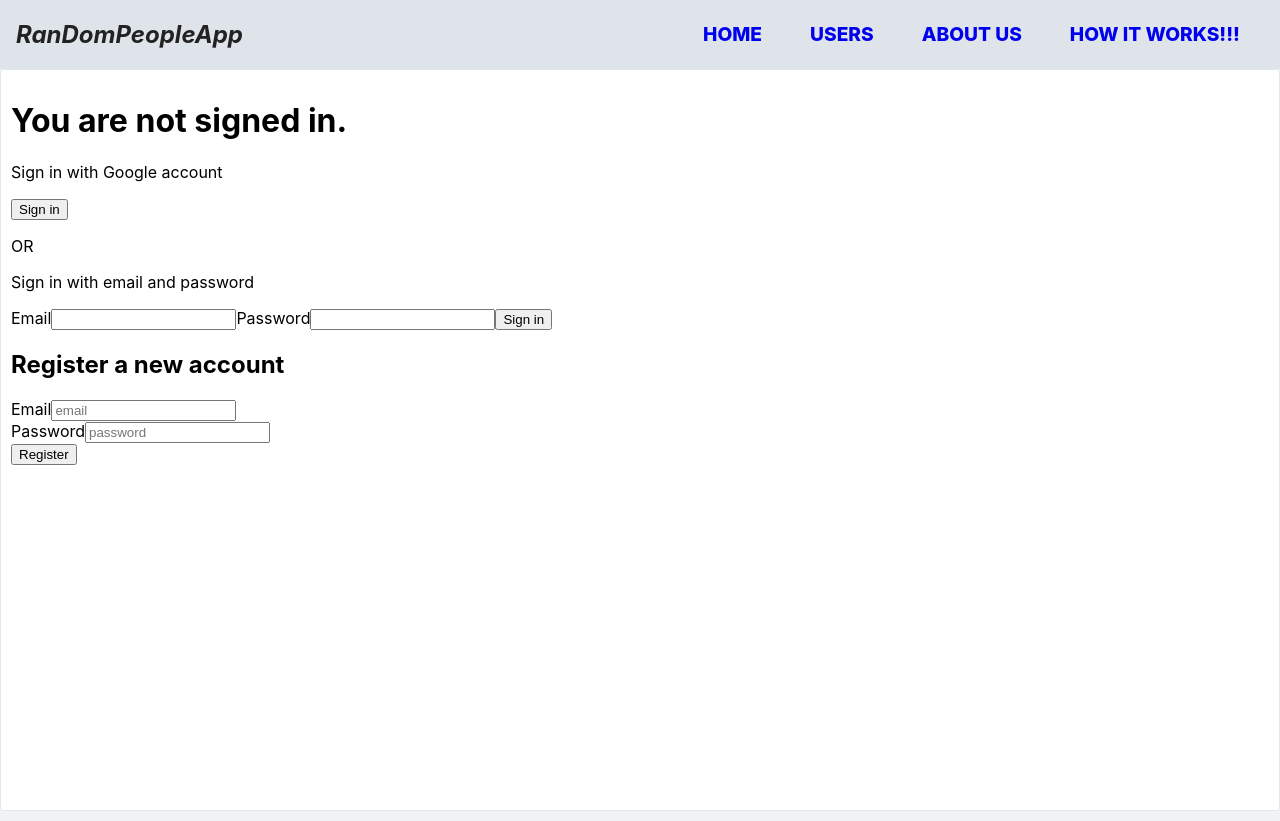
Repository: MikkyPrestige/RandomProfiles
Page: /profile
The author's editor kept a copy of each file at every save. The page is drawn from the files as they stood at one save, then again after the next save.
The browser window is 1280 px wide. The pictures show the whole page.
The project was rebuilt for these pictures with package versions that can differ from the ones it lists, and the page was loaded fresh each time. Also part of the build but not shown: src/assets/styles/home.css, src/components/avatar.jsx, src/components/home.jsx, src/assets/styles/users.css, src/components/users.jsx, src/assets/styles/search.css, src/components/search.jsx, src/assets/styles/help.css and 6 more.

Above is the page before, as saved 2022-11-30 02:21:44.

### public/index.html
<!DOCTYPE html>
<html lang="en">

<head>
  <meta charset="utf-8" />
  <link rel="icon" href="%PUBLIC_URL%/favicon.ico" />
  <meta name="viewport" content="width=device-width, initial-scale=1" />
  <meta name="theme-color" content="#000000" />
  <meta name="description" content="Web site created using create-react-app" />
  <link rel="apple-touch-icon" href="%PUBLIC_URL%/logo192.png" />
  <!--
      manifest.json provides metadata used when your web app is installed on a
      user's mobile device or desktop. See https://developers.google.com/web/fundamentals/web-app-manifest/
    -->
  <link rel="manifest" href="%PUBLIC_URL%/manifest.json" />
  <!--
      Notice the use of %PUBLIC_URL% in the tags above.
      It will be replaced with the URL of the `public` folder during the build.
      Only files inside the `public` folder can be referenced from the HTML.

      Unlike "/favicon.ico" or "favicon.ico", "%PUBLIC_URL%/favicon.ico" will
      work correctly both with client-side routing and a non-root public URL.
      Learn how to configure a non-root public URL by running `npm run build`.
    -->
  <title>AltSchool Assignment 2</title>
</head>

<body>
  <noscript>You need to enable JavaScript to run this app.</noscript>
  <div id="root"></div>
  <!--
      This HTML file is a template.
      If you open it directly in the browser, you will see an empty page.

      You can add webfonts, meta tags, or analytics to this file.
      The build step will place the bundled scripts into the <body> tag.

      To begin the development, run `npm start` or `yarn start`.
      To create a production bundle, use `npm run build` or `yarn build`.
    -->
</body>

</html>

### src/index.css
body {
  margin: 0;
  font-family: -apple-system, BlinkMacSystemFont, 'Segoe UI', 'Roboto', 'Oxygen',
    'Ubuntu', 'Cantarell', 'Fira Sans', 'Droid Sans', 'Helvetica Neue',
    sans-serif;
  -webkit-font-smoothing: antialiased;
  -moz-osx-font-smoothing: grayscale;
  background-color: #f1f2f6;
}

code {
  font-family: source-code-pro, Menlo, Monaco, Consolas, 'Courier New',
    monospace;
}

### src/App.jsx
import * as React from "react";
import { ErrorBoundary } from "react-error-boundary";
import { Route, Routes } from "react-router-dom";
import {
  Layout,
  Home,
  Users,
  Search,
  Help,
  About,
  Error,
  ErrorFallBack,
  Profile,
  // Footer,
} from "./components";

const App = () => {
  return (
    <div className="App">
      <main>
        <ErrorBoundary FallbackComponent={ErrorFallBack}>
          <Layout />
          <Routes>
            <Route path="/" element={<Home />} />
            <Route path="users">
              <Route index element={<Users />} />
              <Route path=":id" element={<Search />} />
            </Route>
            <Route path="profile" element={<Profile />} />
            <Route path="help" element={<Help />} />
            <Route path="about" element={<About />} />
            <Route path="*" element={<Error />} />
          </Routes>
        </ErrorBoundary>
        {/* <Footer /> */}
      </main>
    </div>
  );
};

export default App;

### src/components/index.js
export { default as Layout } from "./layout";
export { default as Home } from "./home";
export { default as Users } from "./users";
export { default as Search } from "./search";
export { default as Help } from "./help";
export { default as About } from "./about";
export { default as Error } from "./error";
export { default as ErrorFallBack } from "./errorFallback";
export { default as Profile } from "./profile";
export { Footer } from "./avatar";

### src/components/layout.jsx
// LAYOUT COMPONENT - This component is for the App Layout that displays the Navigation bar in the app UI to the user when app is open

import { NavLink } from "react-router-dom";
import "../assets/styles/layout.css";

const CustomNavLink = ({ to, ...props }) => {
  let activeStyle = {
    textDecoration: 'underline',
    color: 'red',
  };

  return (
    <NavLink
      style={({ isActive }) =>
        isActive ? activeStyle : { textDecoration: 'none' }
      }
      to={to}
      end
      {...props}
    />
  );
};


const Layout = () => {

  return (
    <nav className="layout">
      <div className="app-header">
        <h1>RanDomPeopleApp</h1>
      </div>
      <div className="nav__items">
        <CustomNavLink to="/" className="nav__item">Home</CustomNavLink>
        <CustomNavLink to="users" className="nav__item">Users</CustomNavLink>
        <CustomNavLink to="about" className="nav__item">About us</CustomNavLink>
        <CustomNavLink to="help" className="nav__item">How it works!!!</CustomNavLink>
      </div>
    </nav>
  );
}

export default Layout;

### src/components/profile.jsx
import {
  signInWithRedirect,
  auth,
  provider,
  getRedirectResult,
  onAuthStateChanged,
  createUserWithEmailAndPassword,
  signInWithEmailAndPassword,
  signOut,
  deleteUser,
} from "../config";
import { useEffect, useState } from "react";
import { Avatar } from "./avatar";
import "../assets/styles/profile.css";

const Profile = () => {
  const [user, setUser] = useState(null);
  const [signedIn, setSignedIn] = useState(false);
  const [email, setEmail] = useState("");
  const [password, setPassword] = useState("");
  const [error, setError] = useState(null);

  // handle register form
  const handleRegister = (e) => {
    e.preventDefault();
    createUserWithEmailAndPassword(auth, email, password)
      .then(() => {
        // Signed in
        console.log("User account created & signed in!");
      })
      .catch((error) => {
        if (error.code === "auth/email-already-in-use") {
          setError("This email address is already in use!");
        }
        if (error.code === "auth/invalid-email") {
          setError("This email address is invalid!");
        }
        console.error(error);
      });
  };

  // sign in with email and password
  const handleSignIn = (e) => {
    e.preventDefault();
    signInWithEmailAndPassword(auth, email, password)
      .then(() => {
        console.log("User signed in!");
      })
      .catch((error) => {
        if (error.code === "auth/wrong-password") {
          setError("Wrong password!");
        }
        if (error.code === "auth/user-not-found") {
          setError("User not found!");
        }
        console.error(error);
      });
  };

  // handle onchange
  const handleChange = (e) => {
    const { name, value } = e.target;
    if (name === "email") {
      setEmail(value);
    }
    if (name === "password") {
      setPassword(value);
    }
  };

  // handle sign In
  const signIn = (e) => {
    e.preventDefault();
    signInWithRedirect(auth, provider);
  };

  // handle sign out
  const handleSignOut = (e) => {
    e.preventDefault();
    signOut(auth)
      .then(() => {
        console.log("User signed out!");
      })
      .catch((error) => {
        console.error(error);
      });
  };

  // handle delete user
  const handleDelete = (e) => {
    e.preventDefault();
    deleteUser(auth.currentUser)
      .then(() => {
        console.log("User deleted!");
      })
      .catch((error) => {
        console.error(error);
      });
  };

  // Get redirect result
  useEffect(() => {
    getRedirectResult(auth)
      .then((result) => {
        if (result) {
          setSignedIn(true);
          // navigate("/users");
        } else {
          // console.log("No user");
        }
      })
      .catch((error) => {
        console.log(error);
      });
  }, []);

  // Check auth state
  useEffect(() => {
    onAuthStateChanged(auth, (user) => {
      if (user) {
        // destructure user
        const { displayName, photoURL, email, phoneNumber } = user;
        // set user state
        setUser({ displayName, photoURL, email, phoneNumber });
        // navigate("/users");
      } else {
        setUser(null);
      }
    });
  }, []);

  return (
    <div className="profile">
      <div className="profile__container">
        <div className="profile__desc">
          {user ? (
            <div className="profile__user">
              <h1>Welcome {user.displayName}, You are signed in.</h1>
              <Avatar image={user.photoURL} alt="user" />
              <p>{user.email}</p>
              <p>{user.phoneNumber}</p>
              <div className="profile__btn">
                <button onClick={handleSignOut} className="sign__btn">
                  Sign Out
                </button>
                <button onClick={handleDelete} className="sign__btn">
                  Delete Account
                </button>
              </div>
            </div>
          ) : (
            <div className="profile__user">
              <div className="profile__form">
                <h1 className="profile__title">You are not signed in.</h1>
                <p className="profile__head">Sign in with Google account</p>
                <button onClick={signIn} className="sign__btn">
                  Sign in
                </button>
                <p className="or">OR</p>
                <p className="profile__head">Sign in with email and password</p>
                <form onSubmit={handleSignIn} className="profile__form">
                  <label htmlFor="email">Email</label>
                  <input
                    type="email"
                    name="email"
                    id="email"
                    value={email}
                    onChange={handleChange}
                  />
                  <label htmlFor="password">Password</label>
                  <input
                    type="password"
                    name="password"
                    id="password"
                    value={password}
                    onChange={handleChange}
                  />
                  {error && <p className="error">{error}</p>}
                  <button type="submit" className="sign__btn">
                    Sign in
                  </button>
                </form>
              </div>
              <h2 className="register">Register a new account </h2>
              <form onSubmit={handleRegister} className="register__form">
                <div className="register__group">
                  <label htmlFor="email" className="register__label">
                    Email
                  </label>
                  <input
                    type="email"
                    name="email"
                    placeholder="email"
                    value={email}
                    onChange={handleChange}
                    className="register__input"
                  />
                  {error && <p className="error">{error}</p>}
                </div>
                <div className="profile__group">
                  <label htmlFor="password" className="register__label">
                    Password
                  </label>
                  <input
                    type="password"
                    name="password"
                    placeholder="password"
                    value={password}
                    onChange={handleChange}
                    className="register__input"
                  />
                </div>
                <button type="submit" className="sign__btn">
                  Register
                </button>
              </form>
            </div>
          )}
        </div>
      </div>
    </div>
  );
};

export default Profile;

### src/assets/styles/layout.css
.layout {
  background-color: #dfe4ea;
  padding: 0rem 1rem;
  color: #222;
  display: flex;
  align-items: center;
  justify-content: space-between;
}

.app-header {
  font-style: italic;
}

.nav__items {
  display: flex;
  align-items: center;
  list-style: none;
  flex-wrap: wrap;
}

.nav__item {
  font-size: 1.2rem;
  font-weight: 800;
  padding: 1rem 1.5rem;
  text-transform: uppercase;
}

.attribution {
  text-align: center;
}

.footer {
  color: #222;
  text-decoration: none;
  cursor: pointer;
  font-style: italic;
  font-weight: 600;
}

### src/config/index.js
// Import the functions you need from the SDKs you need
import { initializeApp } from "firebase/app";
import {
  getAuth,
  signInWithRedirect,
  GoogleAuthProvider,
  getRedirectResult,
  onAuthStateChanged,
  createUserWithEmailAndPassword,
  signInWithEmailAndPassword,
  signOut,
  deleteUser
} from "firebase/auth";

// web app's Firebase configuration
const firebaseConfig = {
  apiKey: "AIzaSyCfrfw6chi091bWLqJvanxAUTxgJ5XqEu0",
  authDomain: "random-people-app.firebaseapp.com",
  projectId: "random-people-app",
  storageBucket: "random-people-app.appspot.com",
  messagingSenderId: "1097586453252",
  appId: "1:1097586453252:web:4575afe7663a752ae77e51",
};

// Initialize Firebase
const app = initializeApp(firebaseConfig);
// Setup Google auth provider
const provider = new GoogleAuthProvider();

const auth = getAuth();

export {
  app,
  provider,
  auth,
  signInWithRedirect,
  getRedirectResult,
  onAuthStateChanged,
  createUserWithEmailAndPassword,
  signInWithEmailAndPassword,
  signOut,
  deleteUser
};

### src/assets/styles/profile.css
.profile {
  background-color: #fff;
  border: 1px solid #e1e8ed;
  border-radius: 3px;
  margin-bottom: 10px;
  padding: 10px;
  height: 100vh;
}

Loaded but not shown: src/index.js (common file)

After the next save:
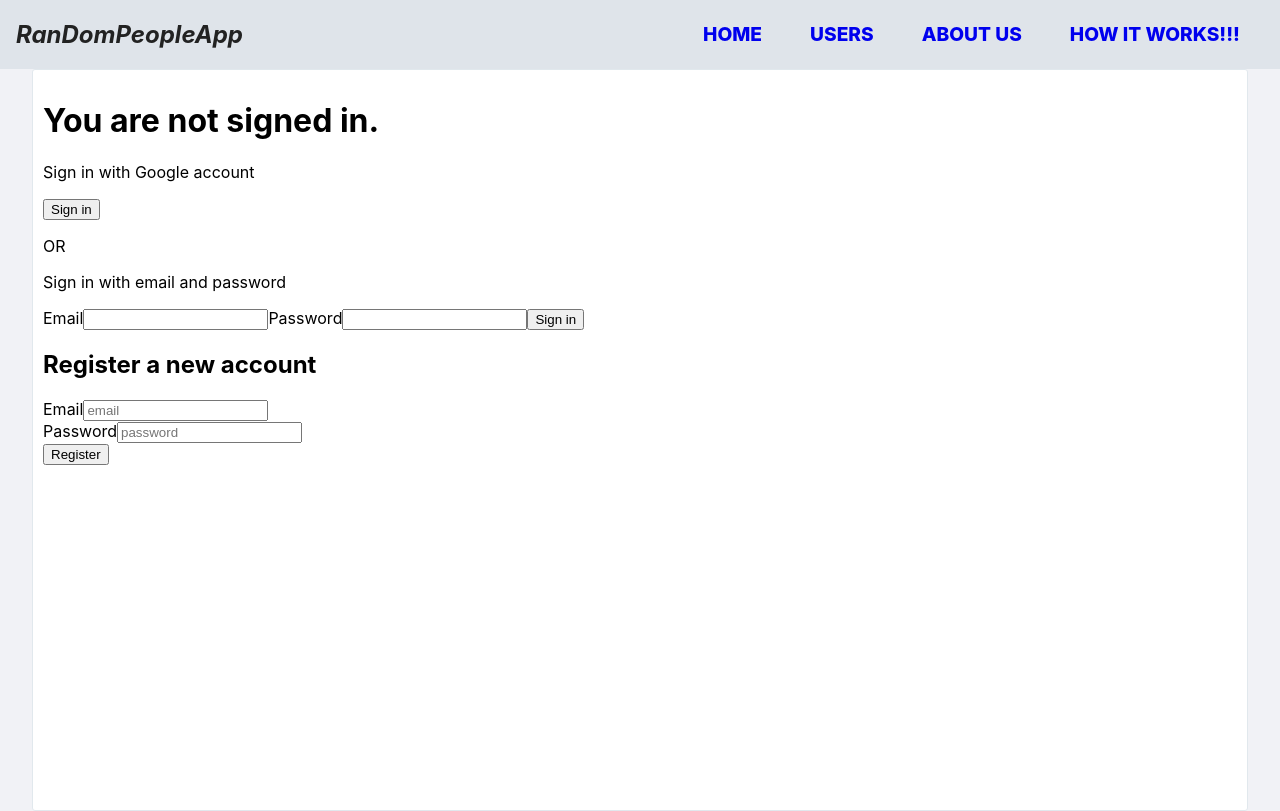
Saved 51 s later.
--- a/src/assets/styles/profile.css
+++ b/src/assets/styles/profile.css
@@ -2,7 +2,7 @@
   background-color: #fff;
   border: 1px solid #e1e8ed;
   border-radius: 3px;
-  margin-bottom: 10px;
+  margin: 0 2rem;
   padding: 10px;
   height: 100vh;
 }
